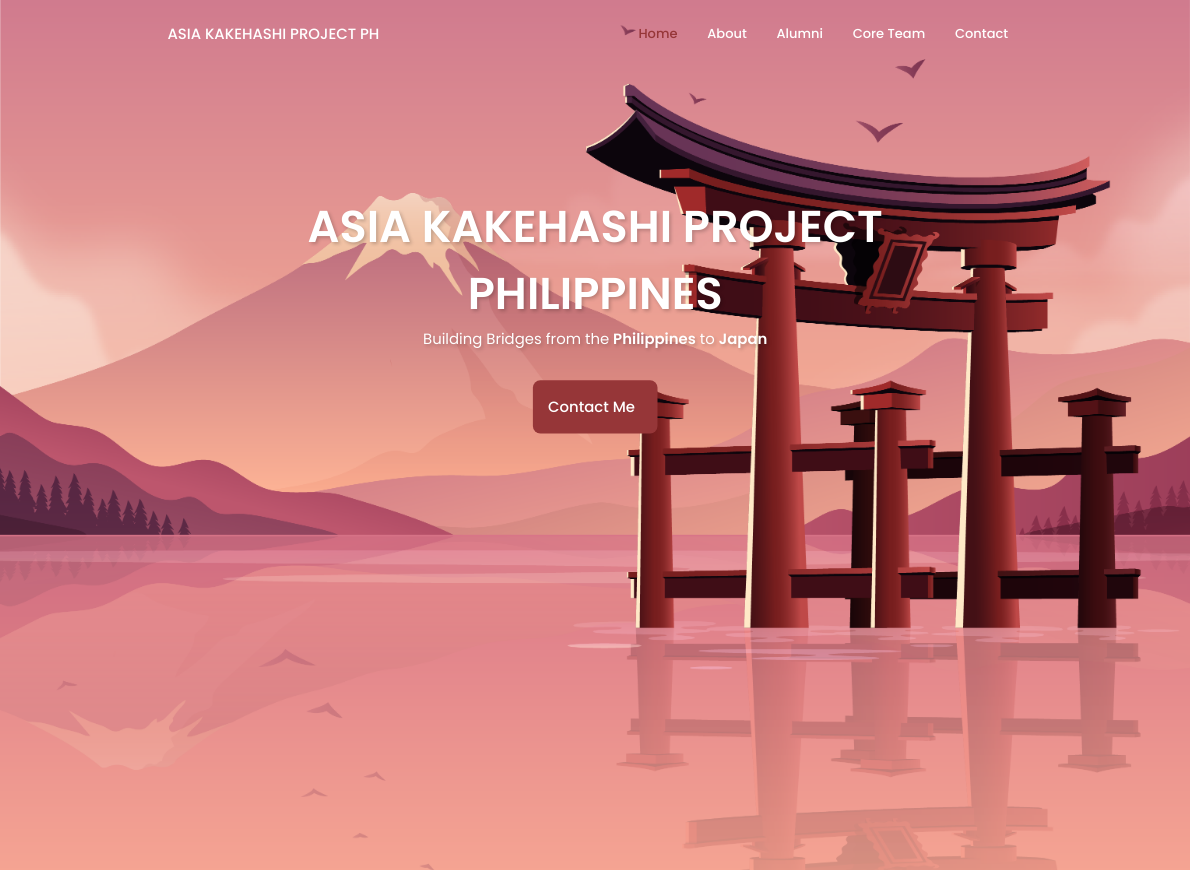
Repository: Aishie123/AKP-PH
Page: index.html
An editor plug-in stored every save of this project. The page is shown before and after the next save, followed by the edit.
The browser window is 1280 px wide. The pictures show the whole page, at 93% of full size.
Some icons come from a web library that is not loaded, so they are not drawn.

Above is the page before, as saved 2024-02-17 15:36:05.

### index.html
<!DOCTYPE html>
    <html lang="en">
    <head>
        <meta charset="UTF-8">
        <meta name="viewport" content="width=device-width, initial-scale=1.0">

        <!--==================== UNICONS ====================-->
        <link rel="stylesheet" href="https://unicons.iconscout.com/release/v4.0.8/css/line.css">


        <!--==================== CSS ====================-->
        <link rel="stylesheet" href="assets/css/styles.css">

        <title>Asia Kakehashi Project Philippines</title>
    </head>
    <body>
        <!--==================== HEADER ====================-->
        <header class="header" id="header">
            <nav class="nav container">
                <a href="#" class="nav__logo">ASIA KAKEHASHI PROJECT PH</a>

                <div class="nav__menu" id="nav-menu">
                    <ul class="nav__list grid">
                        <li class="nav__item">
                            <a href="#home" class="nav__link active-link">
                                <i class="uil uil-estate nav__icon"></i>Home
                            </a>
                        </li>
                        <li class="nav__item">
                            <a href="" class="nav__link">
                                <i class="uil uil-user nav__icon"></i>About
                            </a>
                        </li>
                        <li class="nav__item">
                            <a href="" class="nav__link">
                                <i class="uil uil-file-alt nav__icon"></i>Alumni
                            </a>
                        </li>
                        <li class="nav__item">
                            <a href="" class="nav__link">
                                <i class="uil uil-briefcase-alt nav__icon"></i>Core Team
                            </a>
                        </li>
                        <li class="nav__item">
                            <a href="#contact" class="nav__link">
                                <i class="uil uil-message nav__icon"></i>Contact
                            </a>
                        </li>
                    </ul>
                    <i class="uil uil-times nav__close" id="nav-close"></i>
                </div>

                <div class="nav__btns">
                    <!-- Theme change button -->
                    <i class="uil uil-moon change-theme" id="theme-button"></i>

                    <div class="nav__toggle" id="nav-toggle">
                        <i class="uil uil-apps"></i>
                    </div>
                </div>

            </nav>
        </header>

        <!--==================== MAIN ====================-->
        <main class="main">
            <!--==================== HOME ====================-->
            <section class="home section" id="home">
                <div class="home__container container grid">
                    <div class="home__content grid">
                        <div class="home__data">
                            <h1 class="home__title">ASIA KAKEHASHI PROJECT<br>PHILIPPINES</h1>
                            <p class="home__description">Building Bridges from the <b>Philippines</b> to <b>Japan</b></p>
                            <a href="#contact" class="button button--flex">
                                Contact Me <i class="uil uil-message button__icon"></i>
                            </a>
                        </div>
                        <div class="home__parallax">
                            <img src="assets/img/bg/600ppi/Front_Mountains.png" id="front-mountains">
                        </div>
                    </div>

                    <div class="home__scroll">
                        <a href="#about" class="home__scroll-button button--flex">
                            <i class="uil uil-mouse-alt home__scroll-mouse"></i>
                            <span class="home__scroll-name">Scroll down</span>
                            <i class="uil uil-arrow-down home__scroll-arrow"></i>
                        </a>
                    </div>
                </div>
            </section>





        <!--==================== SCROLL TOP ====================-->
        <a href="" class="scrollup" id="scroll-up">
            <i class="uil uil-arrow-up scrollup__icon"></i>
        </a>

        <!--==================== MAIN JS ====================-->
        <script src="assets/js/main.js"></script>
    </body>
</html>

### assets/css/styles.css
/*==================== GOOGLE FONTS ====================*/
@import url('https://fonts.googleapis.com/css2?family=Poppins:wght@400;500;600&display=swap');

/*==================== VARIABLES CSS ====================*/
:root {
    --header-height: 3rem;

    /*========== Colors ==========*/
    /* Change favorite color */
    --hue-color: 359;

    /* HSL color mode */
    --first-color: hsl(var(--hue-color), 47%, 40%);
    --first-color-second: hsl(var(--hue-color), 47%, 40%);
    --first-color-alt: hsl(var(--hue-color), 35%, 32%);
    --first-color-lighter: hsl(var(--hue-color), 70%, 64%);
    --title-color: var(--container-color);
    --text-color: #fff;
    --text-color-light: hsl(var(--hue-color), 8%, 65%);
    --input-color: hsl(var(--hue-color), 70%, 96%);
    --body-color: hsl(var(--hue-color), 60%, 99%);
    --container-color: #fff;
    --scroll-bar-color: hsl(var(--hue-color), 12%, 90%);
    --scroll-thumb-color: hsl(var(--hue-color), 12%, 80%);

    /*========== Font and typography ==========*/
    --body-font: 'Poppins', sans-serif;

    /* .5rem = 8px, 1rem = 16px, 1.5rem = 24px ... */
    --big-font-size: 2rem;
    --h1-font-size: 1.5rem;
    --h2-font-size: 1.25rem;
    --h3-font-size: 1.125rem;
    --normal-font-size: .938rem;
    --small-font-size: .813rem;
    --smaller-font-size: .75rem;

    /*========== Font weight ==========*/
    --font-medium: 500;
    --font-semi-bold: 600;

    /*========== Margins Bottom ==========*/
    /* .25rem = 4px, .5rem = 8px, .75rem = 12px ... */
    --mb-0-25: .25rem;
    --mb-0-5: .5rem;
    --mb-0-75: .75rem;
    --mb-1: 1rem;
    --mb-1-5: 1.5rem;
    --mb-2: 2rem;
    --mb-2-5: 2.5rem;
    --mb-3: 3rem;

    /*========== z index ==========*/
    --z-tooltip: 10;
    --z-fixed: 100;
    --z-modal: 1000;
}

/* Font size for large devices */
@media screen and (min-width: 968px) {
    :root {
        --big-font-size: 3rem;
        --h1-font-size: 2.25rem;
        --h2-font-size: 1.5rem;
        --h3-font-size: 1.25rem;
        --normal-font-size: 1rem;
        --small-font-size: .875rem;
        --smaller-font-size: .813rem;
    }
}

/*========== Variables Dark theme ==========*/
body.dark-theme{
  /* HSL color mode */
  --first-color-second: hsl(var(--hue-color), 30%, 8%);
  --title-color: var(--container-color);
  --text-color: hsl(var(--hue-color), 8%, 75%);
  --input-color: hsl(var(--hue-color), 29%, 16%);
  --body-color: hsl(var(--hue-color), 28%, 12%);
  --container-color: hsl(var(--hue-color), 29%, 16%);
  --scroll-bar-color: hsl(var(--hue-color), 12%, 48%);
  --scroll-thumb-color: hsl(var(--hue-color), 12%, 36%);
}

/*========== Button Dark/Light ==========*/
.nav__btns{
  display: flex;
  align-items: center;
}

.change-theme{
  font-size: 1.25rem;
  color: var(--title-color);
  margin-right: var(--mb-1);
  cursor: pointer;
}

.change-theme:hover{
  color: var(--first-color);
}

/*==================== BASE ====================*/
* {
  box-sizing: border-box;
  padding: 0;
  margin: 0;
}

html {
  scroll-behavior: smooth;
}

body {
  margin: 0 0 var(--header-height) 0;
  font-family: var(--body-font);
  font-size: var(--normal-font-size);
  background-color: var(--body-color);
  color: var(--text-color);
}

h1, h2, h3, h4 {
  color: var(--title-color);
  font-weight: var(--font-semi-bold);
}

ul {
  list-style: none;
}

a {
  text-decoration: none;
}

img {
  /*max-width: 100%;*/
  height: auto;
}

/*==================== REUSABLE CSS CLASSES ====================*/
/*
.section {
  padding: 2rem 0 4rem;
}
*/

.section__title {
  font-size: var(--h1-font-size);
  color: var(--title-color);
}

.section__subtitle {
  display: block;
  font-size: var(--small-font-size);
  margin-bottom: var(--mb-3);
}

.section__title,
.section__subtitle {
  text-align: center;
}

/*==================== LAYOUT ====================*/
.container {
  padding-left: var(--mb-1-5);
  padding-right: var(--mb-1-5);
}

.grid {
  display: grid;
  gap: 1.5rem;
}

.header {
  width: 100%;
  position: fixed;
  bottom: 0;
  left: 0;
  z-index: var(--z-fixed);
 /*background-color: var(--body-color);*/
}

/*==================== NAV ====================*/
.nav{
  max-width: 968px;
  height: var(--header-height);
  display: flex;
  justify-content: space-between;
  align-items: center;
}

.nav__logo,
.nav__toggle{
  color: var(--title-color);
  font-weight: var(--font-medium);
}

.nav__logo:hover{
  color: var(--first-color);
}

.nav__toggle{
  font-size: 1.1rem;
  cursor: pointer;
}

.nav__toggle:hover{
  color: var(--first-color);
}

@media screen and (max-width: 767px){
  .nav__menu{
    position: fixed;
    bottom: -100%;
    left: 0;
    width: 100%;
    background-color: var(--body-color);
    padding: 2rem 1.5rem 4rem;
    box-shadow: 0 -1px 4px rgba(0, 0, 0, 0.15);
    border-radius: 1.5rem 1.5rem 0 0;
    transition: .3s;
  }
}

.nav__list{
  grid-template-columns: repeat(3, 1fr);
  gap: 2rem;
}

.nav__link{
  display: flex;
  flex-direction: column;
  align-items: center;
  font-size: var(--small-font-size);
  color: var(--container-color);
  font-weight: var(--font-medium);
}

.nav__link:hover{
  color: var(--first-color);
}

.nav__icon{
  font-size: 1.2rem;
}

.nav__close{
  position: absolute;
  right: 1.3rem;
  bottom: .5rem;
  font-size: 1.5rem;
  cursor: pointer;
  color: var(--first-color);
}

.nav__close:hover{
  color: var(--first-color-alt);
}

/* show menu */
.show-menu{
  bottom: 0;
}

/* Active link */
.active-link{
  color: var(--first-color);
}

/* Change background header */
.scroll-header{
  box-shadow: 0 -1px 4px rgba(0, 0, 0, 0.15);
}

/*==================== HOME ====================*/
.home__container{
    gap: 1rem;
    background: url(../img/bg/600ppi/Back_Sky.png) center/cover no-repeat;
    height: 130vh;
    background-size: cover; /* This will make the background image cover the entire container */
  overflow: hidden; /* Hide any content that overflows the container */
}

  .home__content {
    position: relative;
    padding-top: 3.5rem;
    align-items: center;
  }

  .home__parallax {
    position: absolute;
    top: 0;
    left: 0;
    width: 100%; /* Relative width */
    height: auto; /* Maintain aspect ratio */
    max-width: 100%; /* Ensure the image doesn't exceed its natural size */
    z-index: 0;
  }

  #front-mountains {
    position: relative; /* Change to relative positioning */
    width: 130rem;
    transform: translate(-30%, -30%); /* Adjust to center the element */

  }

  .home__social{
    display: grid;
    grid-template-columns: max-content;
    row-gap: 1rem;
  }

  .home__social-icon{
    font-size: 1.25rem;
    color: var(--first-color);
  }

  .home__social-icon:hover{
    color: var(--first-color-alt);
  }

  .home__data {
    display: flex;
    flex-direction: column;
    align-items: center;
    justify-content: center;
    z-index: var(--z-tooltip);
  }

  .home__title{
    font-size: var(--big-font-size);
    text-align: center;
    text-shadow: 2px 2px 4px rgba(0, 0, 0, 0.2); /* Adjust the shadow properties as needed */
  }

  .home__subtitle{
    font-size: var(--h3-font-size);
    color: var(--text-color);
    font-weight: var(--font-medium);
    margin-bottom: var(--mb-0-75);
  }

  .home__description{
    text-align: center;
    margin-bottom: var(--mb-2);
    text-shadow: 2px 2px 4px rgba(0, 0, 0, 0.2); /* Adjust the shadow properties as needed */
  }

  .home__scroll{
    display: none;
  }

  .home__scroll-button{
    color: var(--first-color);
    transition: .3s;
  }

  .home__scroll-button:hover{
    transform: translateY(.25rem);
  }

  .home__scroll-mouse{
    font-size: 2rem;
  }

  .home__scroll-name{
    font-size: var(--small-font-size);
    color: var(--title-color);
    font-weight: var(--font-medium);
    margin-right: var(--mb-0-25);
  }

  .home__scroll-arrow{
    font-size: 1.25rem;
  }

  /*==================== BUTTONS ====================*/
  .button{
    display: inline-block;
    background-color: var(--first-color);
    color: #FFF;
    padding: 1rem;
    border-radius: .5rem;
    font-weight: var(--font-medium);
  }

  .button:hover{
    background-color: var(--first-color-alt);
  }

  .button__icon{
    font-size: 1.25rem;
    margin-left: var(--mb-0-5);
    transition: .3s;
  }

  .button--flex{
    display: inline-flex;
    align-items: center;
  }




/*==================== FOOTER ====================*/
.footer{
    text-align: center;
    padding-top: 2rem;
  }

  .footer__container{
    row-gap: 1rem;
  }

  .footer__bg{
    background-color: var(--first-color-second);
    padding: 2rem 0 3rem;
  }

  .footer__title{
    font-size: var(--h1-font-size);
    margin-bottom: var(--mb-0-25);
  }

  .footer__subtitle{
    font-size: var(--small-font-size);
  }

  .footer__socials{
    font-size: 1.25rem;
    /* margin-right: var(--mb-1-5); */
    display: inline-block;
  }

  .footer__social:hover{
    color: var(--first-color-lighter);
  }

  .footer__copy{
    font-size: var(--smaller-font-size);
    text-align: center;
    margin-top: var(--mb-1);
  }

  .footer__title,
  .footer__subtitle,
  .footer__social,
  .footer__copy{
    color: #FFF
  }

  /*========== SCROLL UP ==========*/
  .scrollup{
    position: fixed;
    right: 1rem;
    bottom: -20%;
    background-color: var(--first-color);
    opacity: .8;
    padding: 0 .3rem;
    border-radius: .4rem;
    z-index: var(--z-tooltip);
    transition: .4s;
  }

  .scrollup:hover{
    background-color: var(--first-color-alt);
  }

  .scrollup__icon{
    font-size: 1.5rem;
    color: #FFF;
  }

  /* Show scroll */
  .show-scroll{
    bottom: 5rem;
  }

  /*========== SCROLL BAR ==========*/
  ::-webkit-scrollbar{
    width: .60rem;
    background-color: var(--scroll-bar-color);
    border-radius: .5rem;
  }

  ::-webkit-scrollbar-thumb{
    background-color: var(--scroll-thumb-color);
    border-radius: .5rem;
  }

  ::-webkit-scrollbar-thumb:hover{
    background-color: var(--text-color-light);
  }

  /*==================== MEDIA QUERIES ====================*/
  /* For small devices */
  @media screen and (max-width: 350px){
    .container{
      padding-left: var(--mb-1);
      padding-right: var(--mb-1);
    }

    .nav__menu{
      padding: 2rem .25rem 4rem;
    }

    .nav__list{
      column-gap: 0;
    }

  }

  /* For medium devices */
  @media screen and (min-width: 568px){

    .home__data{
      grid-column: initial;
    }
    .home__img{
      order: 1;
      justify-self: center;
    }
  }

  @media screen and (min-width: 768px){
    .container{
      margin-left: auto;
      margin-right: auto;
    }

    body{
      margin: 0;
    }

    .section__subtitle{
      margin-bottom: 4rem;
    }

    .header{
      top: 0;
      bottom: initial;
    }

    .nav{
      height: calc(var(--header-height) + 1.5rem);
      column-gap: 1rem;
    }

    .nav__icon,
    .nav__close,
    .nav__toggle{
      display: none;
    }

    .nav__list{
      display: flex;
      column-gap: 2rem;
    }
    .nav__menu{
      margin-left: auto;
    }
    .change-theme{
      margin: 0;
    }

    .home__container{
      row-gap: 5rem;
    }
    .home__content{
      padding-top: 5.5rem;
      column-gap: 2rem;
    }
    .home__scroll{
      display: block;
    }
    .home__scroll-button{
      margin-left: 3rem;
    }

  }

  /* For large devices */
  @media screen and (min-width: 1024px){
    .header,
    .main,
    .footer__container{
      padding: 0;
    }

    .home__social{
      transform: translateX(-6rem);
    }

  }

### assets/js/main.js
/*==================== DARK LIGHT THEME ====================*/

const themeButton = document.getElementById('theme-button')
const darkTheme = 'dark-theme'
const iconTheme = 'uil-sun'

// Previously selected topic (if user selected)
const selectedTheme = localStorage.getItem('selected-theme')
const selectedIcon = localStorage.getItem('selected-icon')

// We obtain the current theme that the interface has by validating the dark-theme class
const getCurrentTheme = () => document.body.classList.contains(darkTheme) ? 'dark' : 'light'
const getCurrentIcon = () => themeButton.classList.contains(iconTheme) ? 'uil-moon' : 'uil-sun'

// We validate if the user previously chose a topic
if (selectedTheme) {
  // If the validation is fulfilled, we ask what the issue was to know if we activated or deactivated the dark
  document.body.classList[selectedTheme === 'dark' ? 'add' : 'remove'](darkTheme)
  themeButton.classList[selectedIcon === 'uil-moon' ? 'add' : 'remove'](iconTheme)
}

// Activate / deactivate the theme manually with the button
themeButton.addEventListener('click', () => {
    // Add or remove the dark / icon theme
    document.body.classList.toggle(darkTheme)
    themeButton.classList.toggle(iconTheme)
    // We save the theme and the current icon that the user chose
    localStorage.setItem('selected-theme', getCurrentTheme())
    localStorage.setItem('selected-icon', getCurrentIcon())
})

After the next save:
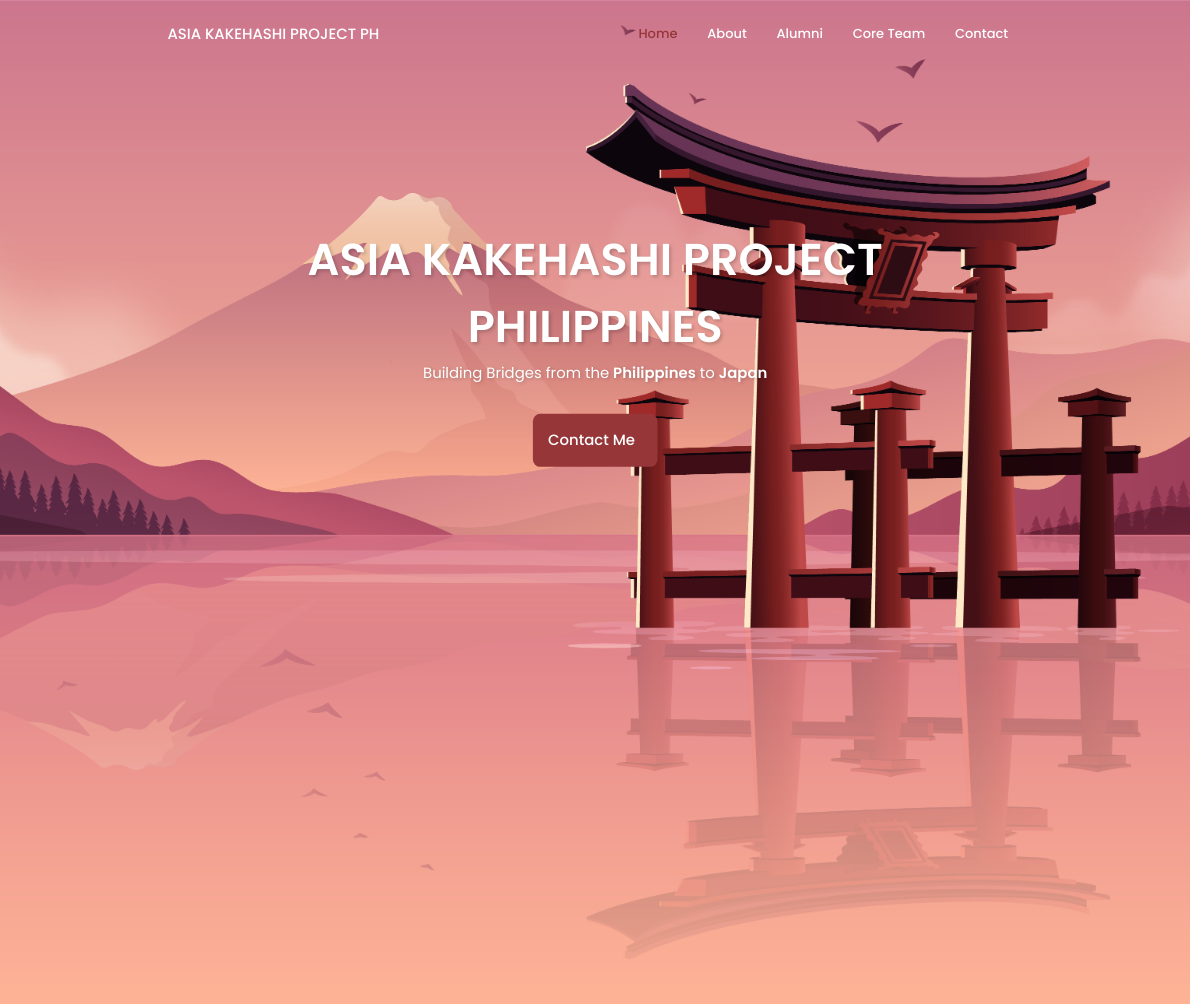
Saved 8 s later.
--- a/assets/css/styles.css
+++ b/assets/css/styles.css
@@ -275,7 +275,7 @@
 .home__container{
     gap: 1rem;
     background: url(../img/bg/600ppi/Back_Sky.png) center/cover no-repeat;
-    height: 130vh;
+    height: 150vh;
     background-size: cover; /* This will make the background image cover the entire container */
   overflow: hidden; /* Hide any content that overflows the container */
 }
